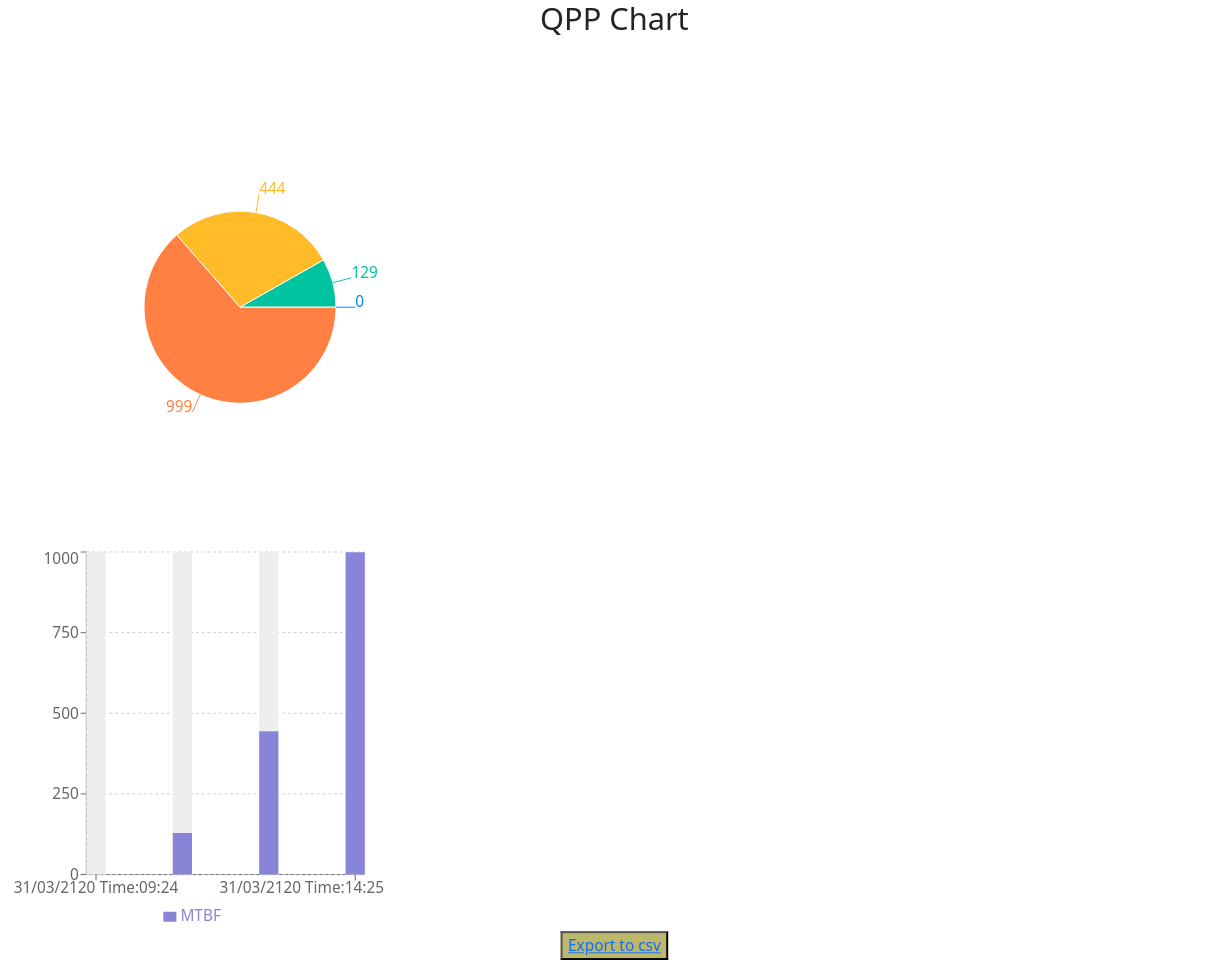
Repository: exiled-kal/ReactChartPrac
Page: /
The author's editor kept a copy of each file at every save. The page is drawn from the files as they stood at one save, then again after the next save.
The browser window is 1280 px wide. The pictures show the whole page, at 96% of full size.
The project was rebuilt for these pictures with package versions that can differ from the ones it lists, and the page was loaded fresh each time.

Above is the page before, as saved 2021-04-18 20:02:25.

After the next save:
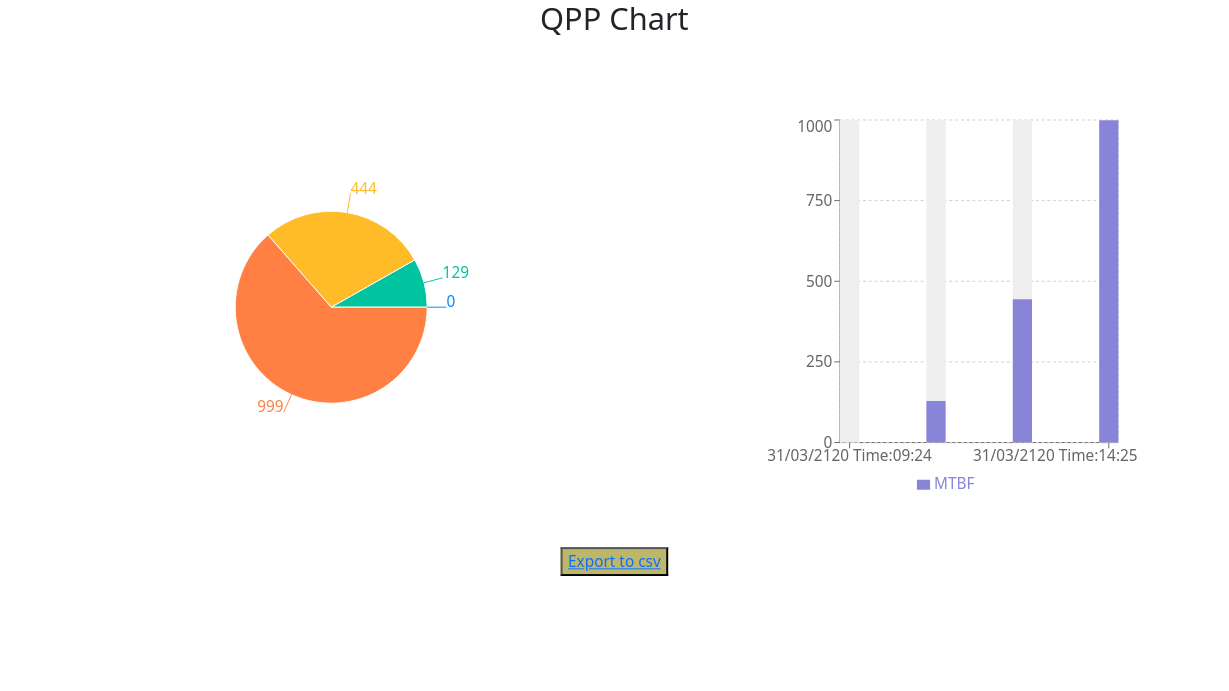
Saved 4 s later.
--- a/src/App.css
+++ b/src/App.css
@@ -1,6 +1,6 @@
 .App {
   text-align: center;
-  /* display: flex; */
+  display: flex;
   justify-content: space-around;
   align-items: center;
   background-color: #ffff;
